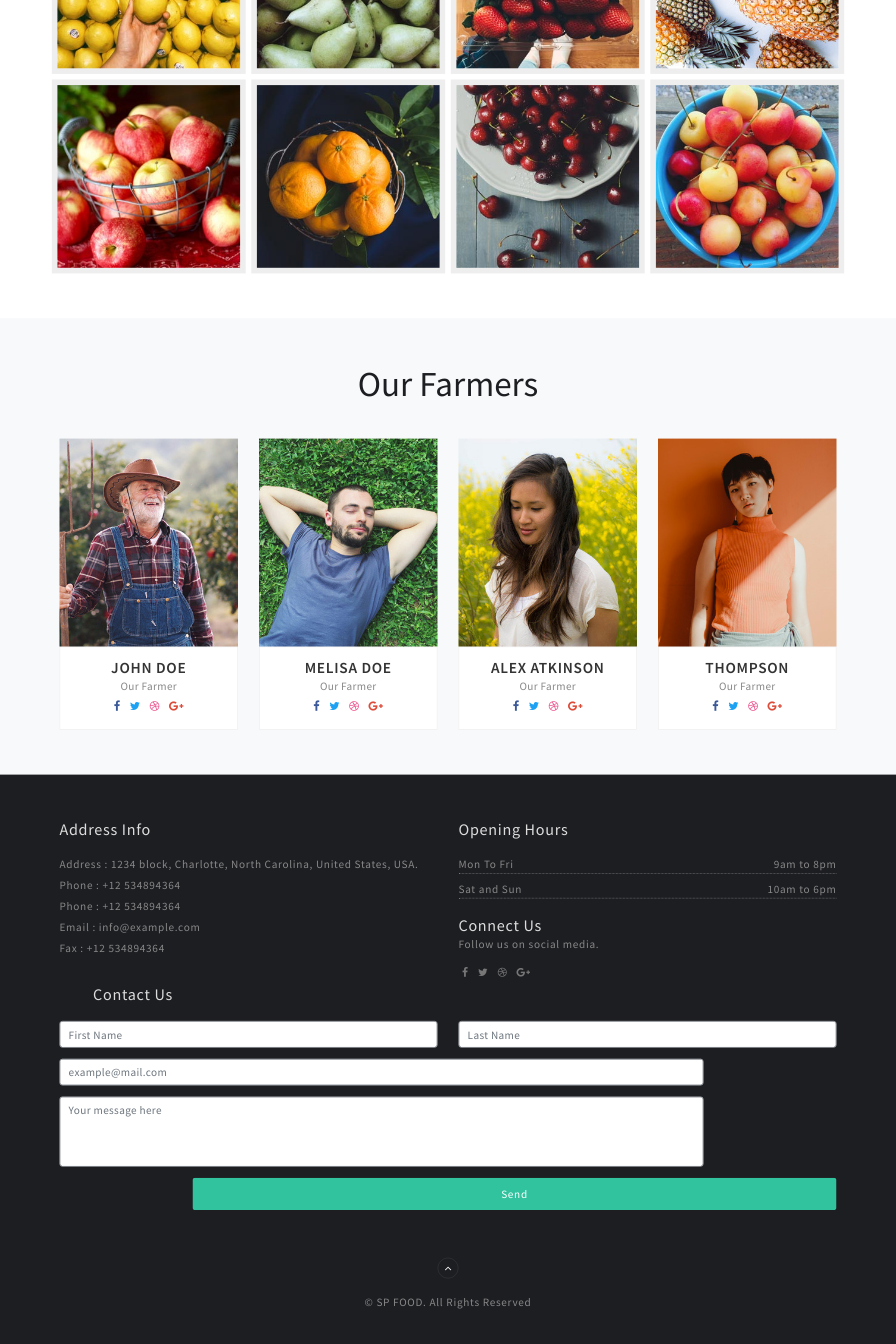
Repository: httpamit/SP-Food
Page: index.html
The author's editor kept a copy of each file at every save. The page is drawn from the files as they stood at one save, then again after the next save.
The browser window is 1280 px wide. The pictures show the part of the page from y = 3152 to 5072 px (the page is 5072 px tall before and 5020 px after), at 70% of full size.
Backgrounds fixed to the window are drawn as part of the page.

Above is the page before, as saved 2019-02-07 23:24:01.

### index.html
<!DOCTYPE html>
<html lang="en">
<head>
<title>Fruit Farm Agriculture Category Flat Bootstrap Responsive Website Template | Home : W3layouts</title>

	<!-- Meta tag Keywords -->
	<meta name="viewport" content="width=device-width, initial-scale=1">
	<meta charset="utf-8">
	<meta name="keywords" content="Agriculture Responsive web template, Bootstrap Web Templates, Flat Web Templates, Android Compatible web template,
	Smartphone Compatible web template, free webdesigns for Nokia, Samsung, LG, SonyEricsson, Motorola web design" />
	<script type="application/x-javascript">
		addEventListener("load", function () {
			setTimeout(hideURLbar, 0);
		}, false);

		function hideURLbar() {
			window.scrollTo(0, 1);
		}
	</script>
	<!--// Meta tag Keywords -->

	<!-- css files -->
	<link rel="stylesheet" href="css/bootstrap.css"> <!-- Bootstrap-Core-CSS -->
	<link rel="stylesheet" href="css/style.css" type="text/css" media="all" /> <!-- Style-CSS -->
	<link rel="stylesheet" href="css/font-awesome.min.css"> <!-- Font-Awesome-Icons-CSS -->
	<!-- //css files -->

	<!--web font-->
	<link href="//fonts.googleapis.com/css?family=Source+Sans+Pro:200,200i,300,300i,400,400i,600,600i,700,700i,900,900i&amp;subset=cyrillic,cyrillic-ext,greek,greek-ext,latin-ext,vietnamese" rel="stylesheet">
	<!--//web font-->

</head>

<body>

<!-- header -->
<header>
	<div class="container" id="home">
		<nav class="">
			<div id="logo">
				<h1> <a href="index.html" class="editContent" data-selector=".editContent"><span class="fa fa-home"></span> SP FOOD</a></h1>
			</div>
			<div class="mx-auto">
				<ul class="menu mt-lg-4">
					<li class=" mr-lg-2 mr-1 active"><a href="#">Home</a></li>
					<li class=" mr-lg-2 mr-1"><a href="#about">About</a></li>
					<li class=" mr-lg-2 mr-1"><a href="#services">Services</a></li>
					<li class="dropdown-menu-padding">
					<!-- First Tier Drop Down -->
					<a href="#agricultural">Agricultural</a>
					</li>
					<li><a href="#gallery">Gallery</a></li>
					<li><a href="#contact">Contact</a></li>
					<li class="buttons ml-lg-3">
						<p><span class="fa mr-1 fa-phone"></span> +12 445 8976 2334</p>
					</li>
				</ul>
			</div>
		</nav>
	</div>
</header>
<!-- //header -->

<div class="csslider infinity" id="slider1">
  <input type="radio" name="slides" checked="checked" id="slides_1"/>
  <input type="radio" name="slides" id="slides_2"/>
  <input type="radio" name="slides" id="slides_3"/>
  <input type="radio" name="slides" id="slides_4"/>
  <ul>
    <li>
		<div id="bg">
			<div class="container">
				<div class="banner-text">
				  <h6> Fresh Agriculture Products</h6>
				  <h3> We Serve Fresh and Juicy Fruits From Our Farm</h3>
				</div>
			</div>
		</div>
    </li>
    <li>
        <div id="bg1">
			<div class="container">
				<div class="banner-text">
				  <h6> Fresh Agriculture Products</h6>
				  <h3> We Serve Fresh and Juicy Fruits From Our Farm</h3>
				</div>
			</div>
        </div>
    </li>
    <li>
		<div id="bg2">
			<div class="container">
				<div class="banner-text">
				  <h6> Fresh Agriculture Products</h6>
				  <h3> We Serve Fresh and Juicy Fruits From Our Farm</h3>
				</div>
			</div>
        </div>
    </li>
    <li>
		<div id="bg3">
			<div class="container">
				<div class="banner-text">
				  <h6> Fresh Agriculture Products</h6>
				  <h3> We Serve Fresh and Juicy Fruits From Our Farm</h3>
				</div>
			</div>
		</div>
    </li>

  </ul>
  <div class="arrows">
    <label for="slides_1"></label>
    <label for="slides_2"></label>
    <label for="slides_3"></label>
    <label for="slides_4"></label>
  </div>
  <div class="navigation">
    <div>
      <label for="slides_1"></label>
      <label for="slides_2"></label>
      <label for="slides_3"></label>
      <label for="slides_4"></label>
    </div>
  </div>
</div>

<!-- //banner -->

<!-- about -->
<section class="about py-5" id="about">
	<div class="container py-md-3">
		<h3 class="heading text-center mb-md-5 mb-4">Few Words About our farm</h3>
		<div class="row about-grids agile-info">
			<div class="col-lg-6 mb-lg-0   mb-5">
				<h4 class="mb-4">Welcome to our Organic Fruit - we serve all types of seasonal fruits</h3>
				<p class="mb-4">Cras blandit nibh ut pretium elementum. Duis bibendum convallis nun cael dictum. Quisquen ac ipsum porta, ultrices metus sit amet, curs in nisl. Dui aliquet varius sem sit amet convallis nun ca dictum. Cras blandit nibh ut pretium elementum. Duis bibendum convallis nun ca dictum aliquet.</p>
				<p class="text-capitalize"> <span class="fa fa-check"></span> Duis bibendum convallis blandit dictum.</p>
				<p class=" text-capitalize"> <span class="fa fa-check"></span> Cras blandit nibh blandit pretium dolor ipsum.</p>
				<p class="text-capitalize mb-3"> <span class="fa fa-check"></span> Bibendum convallis nun ca dictum elementum ipsum elit.</p>
				<a href="#popup1">Read More </a>
			</div>
			<div class="col-lg-6 col-md-8   pr-md-0">
				<img src="images/about.jpg" class="img-fluid" />
			</div>
		</div>
	</div>
</section>
<!-- //about -->

<!-- how we work -->
<section class="work">
	<div class="work-layer py-5">
	<div class="container py-md-3">
		<h3 class="heading text-center mb-lg-5 text-white mb-4">How We Work</h3>
		<div class="row text-center join agile-info">
			<div class="col-lg-4 col-md-6 steps-reach  ">
				<span class="fa fa-cogs"></span>
				<h4>Step 1</h4>
				<p>Pretium elementum. Duis bibendum convallis nun ca dictum convallis nun ca dictum. Cras blandit nibh ut aliquet varius sem sit amet convallis.</p>
			</div>
			<div class="col-lg-4 col-md-6 mt-md-0 mt-5 steps-reach  ">
				<span class="fa fa-cubes"></span>
				<h4>Step 2</h4>
				<p>Pretium elementum. Duis bibendum convallis nun ca dictum convallis nun ca dictum. Cras blandit nibh ut aliquet varius sem sit amet convallis.</p>
			</div>
			<div class="col-lg-4 col-md-6 mt-lg-0 mt-5 steps-reach  ">
				<span class="fa fa-cart-arrow-down" aria-hidden="true"></span>
				<h4>Step 3</h4>
				<p>Pretium elementum. Duis bibendum convallis nun ca dictum convallis nun ca dictum. Cras blandit nibh ut aliquet varius sem sit amet convallis.</p>
			</div>
		</div>
	</div>
	</div>
</section>
<!-- //how we work -->

<!-- services -->
<section class="services py-5" id="services">
	<div class="container py-md-5">
		<h3 class="heading text-center mb-lg-5 mb-4">Our Services</h3>
		<div class="row text-center join agile-info">
			<div class="col-lg-4 col-md-6 steps-reach service-box">
				<span class="fa fa-cogs"></span>
				<h4>Step 1</h4>
				<p>Pretium elementum. Duis bibendum convallis nun ca dictum convallis nun ca dictum. Cras blandit nibh ut aliquet varius sem sit amet convallis.</p>
			</div>
			<div class="col-lg-4 col-md-6 mt-md-0 mt-5 steps-reach service-box ">
				<span class="fa fa-cubes"></span>
				<h4>Step 2</h4>
				<p>Pretium elementum. Duis bibendum convallis nun ca dictum convallis nun ca dictum. Cras blandit nibh ut aliquet varius sem sit amet convallis.</p>
			</div>
			<div class="col-lg-4 col-md-6 mt-lg-0 mt-5 steps-reach service-box right-border ">
				<span class="fa fa-cart-arrow-down" aria-hidden="true"></span>
				<h4>Step 3</h4>
				<p>Pretium elementum. Duis bibendum convallis nun ca dictum convallis nun ca dictum. Cras blandit nibh ut aliquet varius sem sit amet convallis.</p>
			</div>
		</div>
	</div>
	</div>
</section>
<!-- //how we work -->

<!-- facts -->
<section class="service-bottom bg py-5" id="agricultural">
	<div class="container">
		<!-- Counter -->
		<div class="py-lg-5 py-3">
			<h3 class="heading text-center text-white mb-lg-5 mb-4">Agricultural Facts</h3>
			<div class="row ">
				<div class="col-md-3 text-center col-6 agileits_w3layouts_about_counter_left  ">
					<div class="counterinfo agile-info">
						<p class="counter">146</p>
						<h3>Business Growth</h3>
					</div>
				</div>
				<div class="col-md-3 text-center col-6 agileits_w3layouts_about_counter_left  ">
					<div class="counterinfo agile-info">
						<p class="counter">1500</p>
						<h3>Fruits Supplied</h3>
					</div>
				</div>
				<div class="col-md-3 text-center col-6 agileits_w3layouts_about_counter_left   mt-md-0 mt-4">
					<div class="counterinfo agile-info">
						<p class="counter">15+</p>
						<h3>Years Experience</h3>
					</div>
				</div>
				<div class="col-md-3 text-center col-6 agileits_w3layouts_about_counter_left   mt-md-0 mt-4">
					<div class="counterinfo agile-info">
						<p class="counter">150+</p>
						<h3>Agriculture Farmers</h3>
					</div>
				</div>
			</div>
		</div>
		<!-- //Counter -->
	</div>
</section>
<!-- //facts -->

<!-- gallery -->
<section class="gallery py-5" id="gallery">
	<div class="container py-3">
		<h3 class="heading text-center mb-lg-5 mb-4">Our Gallery</h3>
		<div class="row gallery_grid-more project-grids w3ls">
			<div class="col-lg-3 col-md-4 col-6 px-1 w3layoutsits_w3layouts_gallery_grid1">
				<div class="gallery-border">
					<a href="#popup2">
						<img src="images/g1.jpg" alt=" " class="img-fluid" />
					</a>
				</div>
			</div>
			<div class="col-lg-3 col-md-4 col-6 px-1 w3layoutsits_w3layouts_gallery_grid1">
				<div class="gallery-border">
					<a href="#popup3">
						<img src="images/g2.jpg" alt=" " class="img-fluid" />
					</a>
				</div>
			</div>
			<div class="col-lg-3 col-md-4 col-6 px-1 w3layoutsits_w3layouts_gallery_grid1 mt-md-0 mt-2">
				<div class="gallery-border">
					<a href="#popup4">
						<img src="images/g3.jpg" alt=" " class="img-fluid" />
					</a>
				</div>
			</div>
			<div class="col-lg-3 col-md-4 col-6 px-1 w3layoutsits_w3layouts_gallery_grid1 mt-lg-0 mt-2">
				<div class="gallery-border">
					<a href="#popup5">
						<img src="images/g4.jpg" alt=" " class="img-fluid" />
					</a>
				</div>
			</div>
			<div class="col-lg-3 col-md-4 col-6 px-1 w3layoutsits_w3layouts_gallery_grid1 mt-2 ">
				<div class="gallery-border">
					<a href="#popup6">
						<img src="images/g5.jpg" alt=" " class="img-fluid" />
					</a>
				</div>
			</div>
			<div class="col-lg-3 col-md-4 col-6 px-1 w3layoutsits_w3layouts_gallery_grid1 mt-2">
				<div class="gallery-border">
					<a href="#popup7">
						<img src="images/g6.jpg" alt=" " class="img-fluid" />
					</a>
				</div>
			</div>
			<div class="col-lg-3 col-md-4 col-6 px-1 w3layoutsits_w3layouts_gallery_grid1 mt-2">
				<div class="gallery-border">
					<a href="#popup8">
						<img src="images/g7.jpg" alt=" " class="img-fluid" />
					</a>
				</div>
			</div>
			<div class="col-lg-3 col-md-4 col-6 px-1 w3layoutsits_w3layouts_gallery_grid1 mt-2">
				<div class="gallery-border">
					<a href="#popup9">
						<img src="images/g8.jpg" alt=" " class="img-fluid" />
					</a>
				</div>
			</div>
		</div>
	</section>

<!-- popup for gallery -->
<div id="popup2" class="overlay">
	<div class="popup1">
		<img src="images/g1.jpg" alt="Popup Image" class="img-fluid" />
	<a class="close" href="#gallery">&times;</a>
	</div>
</div>

<div id="popup3" class="overlay">
	<div class="popup1">
		<img src="images/g2.jpg" alt="Popup Image" class="img-fluid" />
	<a class="close" href="#gallery">&times;</a>
	</div>
</div>

<div id="popup4" class="overlay">
	<div class="popup1">
		<img src="images/g3.jpg" alt="Popup Image" class="img-fluid" />
	<a class="close" href="#gallery">&times;</a>
	</div>
</div>

<div id="popup5" class="overlay">
	<div class="popup1">
		<img src="images/g4.jpg" alt="Popup Image" class="img-fluid" />
	<a class="close" href="#gallery">&times;</a>
	</div>
</div>

<div id="popup6" class="overlay">
	<div class="popup1">
		<img src="images/g5.jpg" alt="Popup Image" class="img-fluid" />
	<a class="close" href="#gallery">&times;</a>
	</div>
</div>

<div id="popup7" class="overlay">
	<div class="popup1">
		<img src="images/g6.jpg" alt="Popup Image" class="img-fluid" />
	<a class="close" href="#gallery">&times;</a>
	</div>
</div>
<div id="popup8" class="overlay">
	<div class="popup1">
		<img src="images/g7.jpg" alt="Popup Image" class="img-fluid" />
	<a class="close" href="#gallery">&times;</a>
	</div>
</div>
<div id="popup9" class="overlay">
	<div class="popup1">
		<img src="images/g8.jpg" alt="Popup Image" class="img-fluid" />
	<a class="close" href="#gallery">&times;</a>
	</div>
</div>
<!-- //popup for gallery -->

</div>
<!-- //gallery -->

<!-- team -->
<section class="team bg-light py-5" id="team">
	<div class="container py-md-3">
		<h3 class="heading text-center mb-lg-5 mb-4">Our Farmers</h3>
		<div class="row team-grids">
			<div class="col-lg-3 col-sm-6 mb-lg-0 mb-4 team-grid  ">
				<div class="team-members">
					<img src="images/t1.jpg" class="img-fluid" alt="image">
					<div class="team-desc py-3 text-center agile-info">
						<h4 class="">John Doe</h4>
						<span>Our Farmer</span>
						<ul class="social">
							<li><a href="#"><span class="fa fa-facebook icon_facebook"></span></a></li>
							<li><a href="#"><span class="fa fa-twitter icon_twitter"></span></a></li>
							<li><a href="#"><span class="fa fa-dribbble icon_dribbble"></span></a></li>
							<li><a href="#"><span class="fa fa-google-plus icon_g_plus"></span></a></li>
						</ul>
					</div>
				</div>
			</div>
			<div class="col-lg-3 col-sm-6 mb-lg-0 mb-4 team-grid  ">
				<div class="team-members">
					<img src="images/t2.jpg" class="img-fluid" alt="image">
					<div class="team-desc py-3 text-center agile-info">
						<h4 class="">Melisa Doe</h4>
						<span>Our Farmer</span>
						<ul class="social">
							<li><a href="#"><span class="fa fa-facebook icon_facebook"></span></a></li>
							<li><a href="#"><span class="fa fa-twitter icon_twitter"></span></a></li>
							<li><a href="#"><span class="fa fa-dribbble icon_dribbble"></span></a></li>
							<li><a href="#"><span class="fa fa-google-plus icon_g_plus"></span></a></li>
						</ul>
					</div>
				</div>
			</div>
			<div class="col-lg-3 col-sm-6 mb-sm-0 mb-4 team-grid  ">
				<div class="team-members">
					<img src="images/t3.jpg" class="img-fluid" alt="image">
					<div class="team-desc py-3 text-center agile-info">
						<h4 class="">Alex Atkinson</h4>
						<span>Our Farmer</span>
						<ul class="social">
							<li><a href="#"><span class="fa fa-facebook icon_facebook"></span></a></li>
							<li><a href="#"><span class="fa fa-twitter icon_twitter"></span></a></li>
							<li><a href="#"><span class="fa fa-dribbble icon_dribbble"></span></a></li>
							<li><a href="#"><span class="fa fa-google-plus icon_g_plus"></span></a></li>
						</ul>
					</div>
				</div>
			</div>
			<div class="col-lg-3 col-sm-6 team-grid  ">
				<div class="team-members">
					<img src="images/t4.jpg" class="img-fluid" alt="image">
					<div class="team-desc py-3 text-center agile-info">
						<h4 class="">Thompson</h4>
						<span>Our Farmer</span>
						<ul class="social">
							<li><a href="#"><span class="fa fa-facebook icon_facebook"></span></a></li>
							<li><a href="#"><span class="fa fa-twitter icon_twitter"></span></a></li>
							<li><a href="#"><span class="fa fa-dribbble icon_dribbble"></span></a></li>
							<li><a href="#"><span class="fa fa-google-plus icon_g_plus"></span></a></li>
						</ul>
					</div>
				</div>
			</div>
		</div>
	</div>
</section>
<!-- //team -->

<!-- footer -->
<footer class="py-5" id="contact">
	<div class="container pt-md-3">
		<div class="row ">
		<div class="col-lg-6">
            <h3 class="mb-4">Address Info</h3>
			<div class="footer-text">
				<p>Address : 1234 block, Charlotte, North Carolina, United States, USA.</p>
				<p class="mt-1">Phone : +12 534894364</p>
				<p class="mt-1">Phone : +12 534894364</p>
				<p class="my-1">Email : <a href="mailto:info@example.com">info@example.com</a></p>
				<p>Fax : +12 534894364</p>
			</div>
		</div>
		<div class="col-lg-6">
            <h3 class="mb-4">Opening Hours</h3>
			<div class="timings">
				<p class="mb-2">Mon To Fri<span> 9am to 8pm </span></p>
				<p class="">Sat and Sun<span> 10am to 6pm </span></p>
			</div>
            <h3 class="mt-4">Connect Us</h3>
			<p class="mt-6">Follow us on social media.</p>
			<ul class="social mt-2">
				<li><a href="#"><span class="fa fa-facebook icon_facebook"></span></a></li>
				<li><a href="#"><span class="fa fa-twitter icon_twitter"></span></a></li>
				<li><a href="#"><span class="fa fa-dribbble icon_dribbble"></span></a></li>
				<li><a href="#"><span class="fa fa-google-plus icon_g_plus"></span></a></li>
			</ul>
		</div>
	</div>
	<div class="row">
		<div class="col-lg-12">
			<h3 class="mb-4 ml-md-5"> Contact Us</h3>
			<form action="#" method="get" class="register-wthree">
				<div class="form-group">
					<div class="row">
						<div class="col-sm-6">
							<input class="form-control" type="text" placeholder="First Name" name="email" required="">
						</div>
						<div class="col-sm-6">
							<input class="form-control" type="text" placeholder="Last Name" name="email" required="">
						</div>
					</div>
				</div>
				<div class="form-group">
					<div class="row">
						<div class="col-sm-10">
							<input class="form-control" type="email" placeholder="example@mail.com" name="email" required="">
						</div>
					</div>
				</div>
				<div class="form-group">
					<div class="row">
						<div class="col-sm-10">
							<textarea placeholder="Your message here" class="form-control"></textarea>
						</div>
					</div>
				</div>
				<div class="row mt-3">
					<div class="offset-2"></div>
					<div class="col-sm-10">
						<button type="submit" class="btn btn-block w-100">Send</button>
					</div>
				</div>
			</form>
		</div>
	</div>
	<div class="copyright pt-sm-5 pt-4 text-center">
		<a href="#home" class="move-top scroll"><span class="fa fa-angle-up" aria-hidden="true"></span></a>
		<p>© SP FOOD. All Rights Reserved</p>
	</div>
</footer>
<!-- footer -->

<!-- popup for btn -->
<div id="popup1" class="overlay">
	<div class="popup">
		<img src="images/about.jpg" alt="Popup Image" class="img-fluid" />
		<p class="mt-4 editContent">Nulla viverra pharetra se, eget pulvinar neque pharetra ac int. placerat placerat dolor. Vestibulum at dui nunc. Nulla viverra pharetra sem, eget pulvinar neque pharetra ac int. lorem ipsum Vestibulum. placerat placerat dolor. Vestibulum at dui nunc. Nullam eu elit neque lectus.</p>
	<a class="close" href="#about">&times;</a>
	</div>
</div>
<!-- //popup for btn -->

</body>
</html>

Loaded but not shown: css/bootstrap.css (library); css/font-awesome.min.css (library); css/style.css (1492 lines, source omitted)

After the next save:
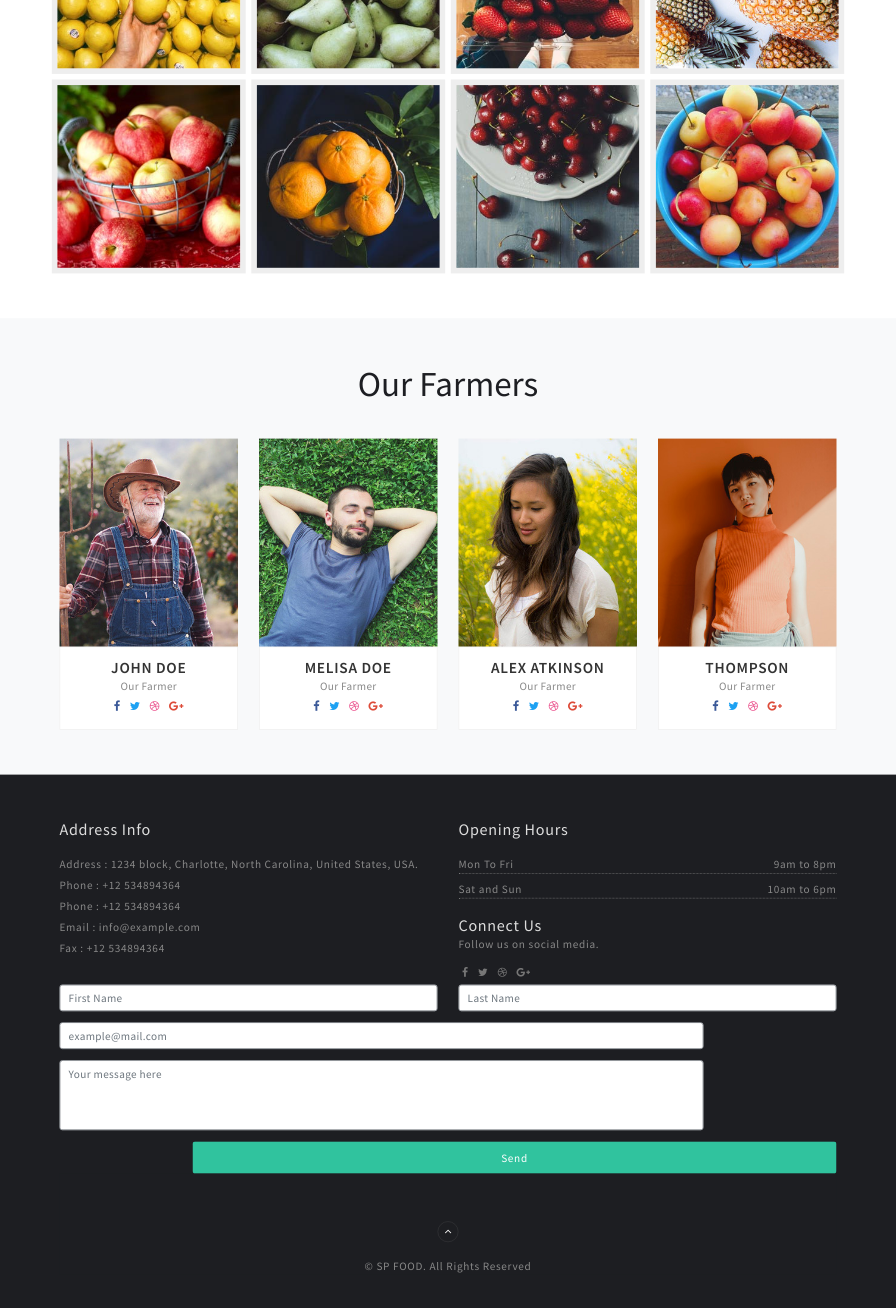
Saved 21 s later.
--- a/index.html
+++ b/index.html
@@ -464,7 +464,6 @@
 	</div>
 	<div class="row">
 		<div class="col-lg-12">
-			<h3 class="mb-4 ml-md-5"> Contact Us</h3>
 			<form action="#" method="get" class="register-wthree">
 				<div class="form-group">
 					<div class="row">
